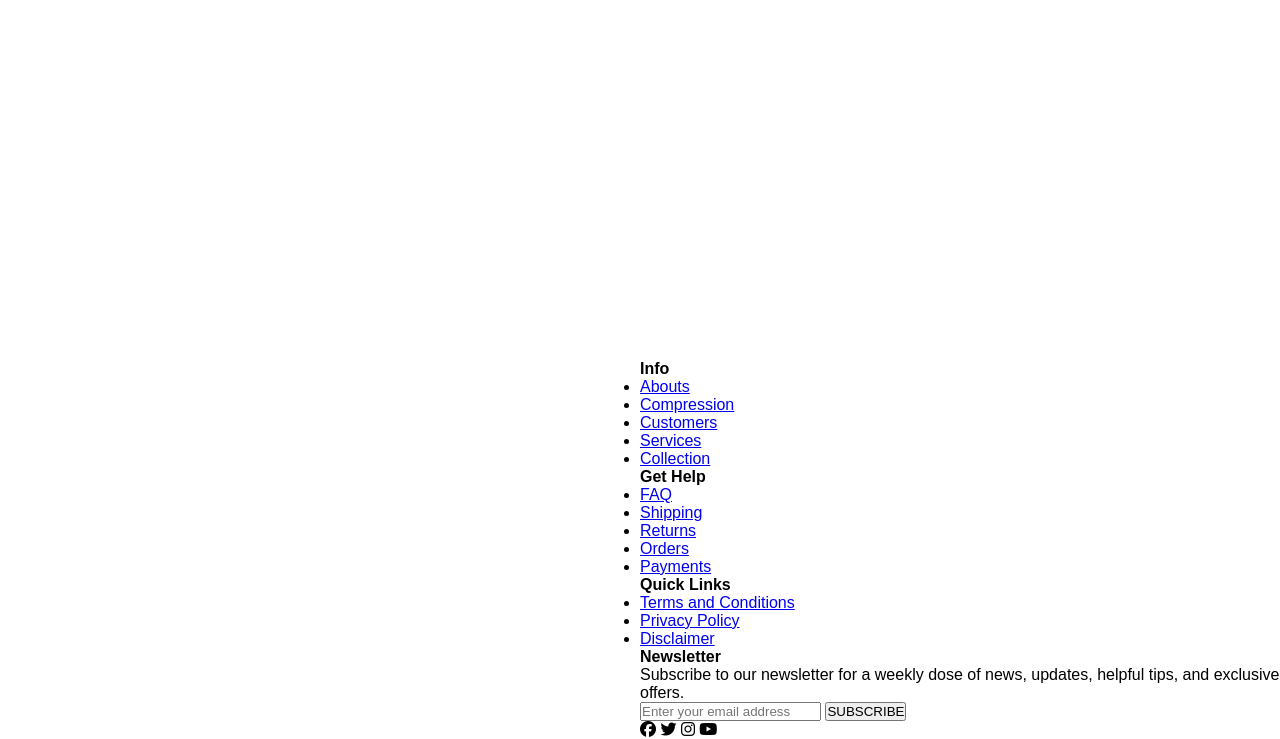
Repository: syni18/responsive_footer
Page: index.html
The author's editor kept a copy of each file at every save. The page is drawn from the files as they stood at one save, then again after a run of saves.
The browser window is 1280 px wide. The pictures show the whole page.
Some web libraries are served in a nearby version.

Above is the page before, as saved 2023-11-03 17:13:54.

### index.html
<!DOCTYPE html>
<html lang="en">
<head>
    <meta charset="UTF-8">
    <meta name="viewport" content="width=device-width, initial-scale=1.0">
    <link rel="stylesheet" href="https://cdnjs.cloudflare.com/ajax/libs/font-awesome/6.4.2/css/all.in.css">
    <link rel="stylesheet" href="style.css">
    <title>Responsive footer</title>
</head>
<body>
    <section class="footer">
        <div class="footer-row">
            <div class="footer-col">
                <h4>Info</h4>
                <ul class="links">
                    <li><a href="#">Abouts</a></li>
                    <li><a href="#">Compression</a></li>
                    <li><a href="#">Customers</a></li>
                    <li><a href="#">Services</a></li>
                    <li><a href="#">Collection</a></li>
                </ul>
            </div>

            <div class="footer-col">
                <h4>Get Help</h4>
                <ul class="links">
                    <li><a href="#">FAQ</a></li>
                    <li><a href="#">Shipping</a></li>
                    <li><a href="#">Returns</a></li>
                    <li><a href="#">Orders</a></li>
                    <li><a href="#">Payments</a></li>
                </ul>
            </div>

            <div class="footer-col">
                <h4>Quick Links</h4>
                <ul class="links">
                    <li><a href="#">Terms and Conditions</a></li>
                    <li><a href="#">Privacy Policy</a></li>
                    <li><a href="#">Disclaimer</a></li>
                </ul>
            </div>

            <div class="footer-col">
                <h4>Newsletter</h4>
                <p>
                    Subscribe to our newsletter for a weekly dose of news, updates, helpful tips, and exclusive offers.
                </p>
                <form action="#">
                    <input type="email" name="email" id="email" placeholder="Enter your email address">
                    <button type="submit">SUBSCRIBE</button>
                </form>
                <div class="icons">
                    <i class="fa-brands fa-facebook"></i>
                    <i class="fa-brands fa-twitter"></i>
                    <i class="fa-brands fa-instagram"></i>
                    <i class="fa-brands fa-youtube"></i>
                </div>
            </div>
        </div>
    </section>
</body>
</html>

### style.css
*{
    margin: 0;
    padding: 0;
    box-sizing: border-box;
    font-family: sans-serif;
}
.footer{
    position: absolute;
    top: 50%;
    left: 50%;
    transform: translate();
}

After the next 5 saves:
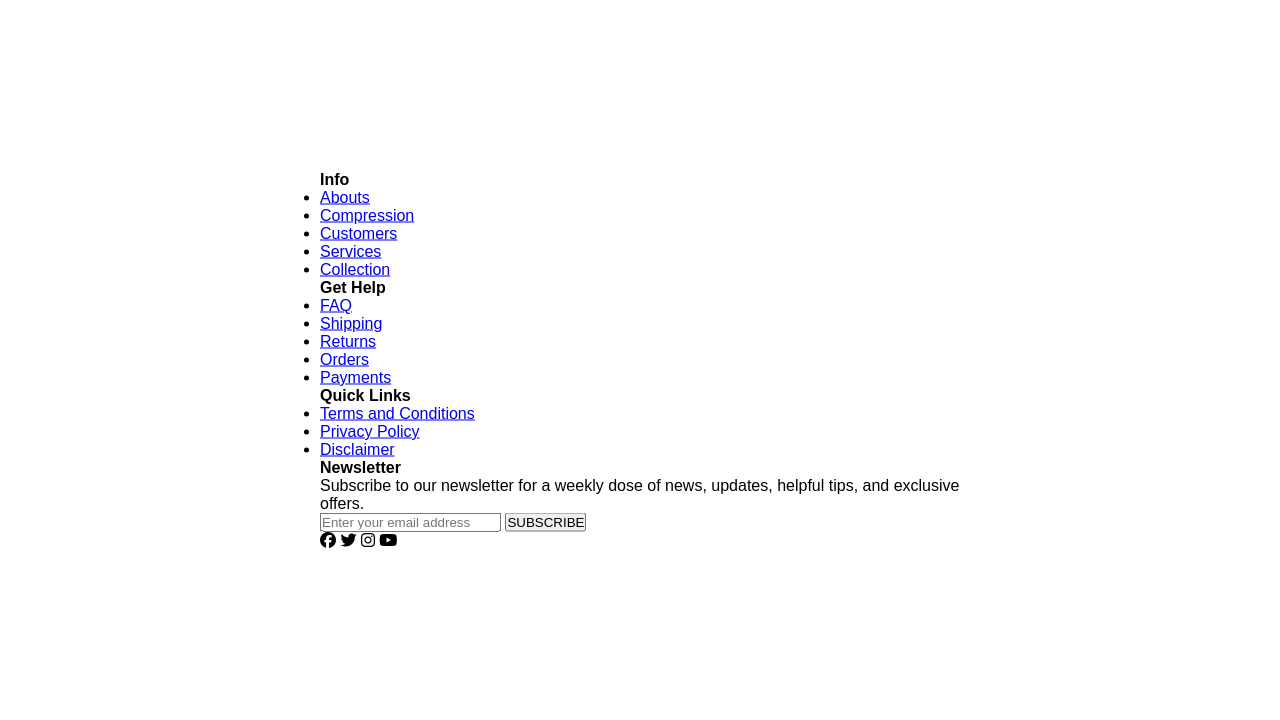
The 5 saves are shown as one change because they came seconds apart.
The last was saved 14 s later.
--- a/style.css
+++ b/style.css
@@ -8,5 +8,6 @@
     position: absolute;
     top: 50%;
     left: 50%;
-    transform: translate();
+    transform: translate(-50%, -50%);
+    max-width: 12;
 }
